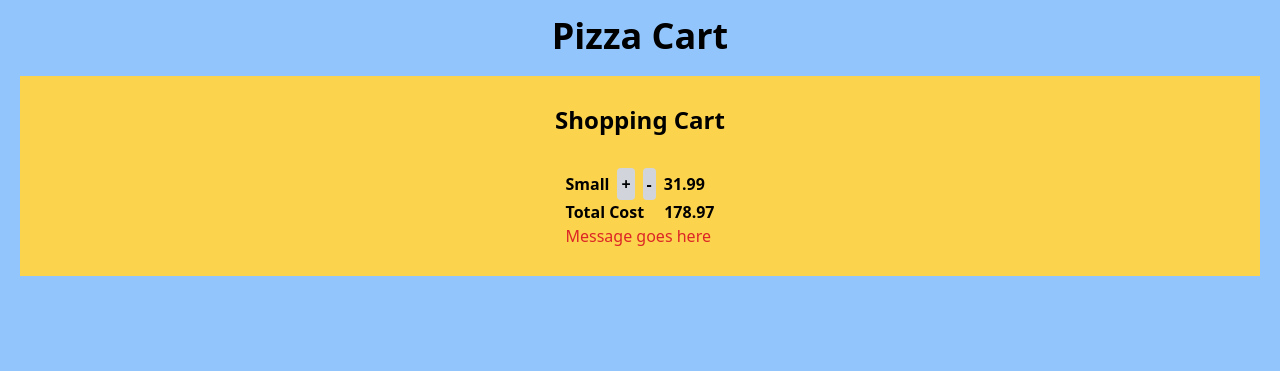
Repository: lasity34/pizza_cart
Page: index.html
The author's editor kept a copy of each file at every save. The page is drawn from the files as they stood at one save, then again after the next save.
The browser window is 1280 px wide. The pictures show the whole page.
Some web libraries are served in a nearby version.

Above is the page before, as saved 2023-07-11 08:45:19.

### index.html
<!DOCTYPE html>
<html lang="en">
  <head>
    <meta charset="UTF-8" />
    <meta name="viewport" content="width=device-width, initial-scale=1.0" />
    <title>Pizza Cart</title>
    <script src="//unpkg.com/alpinejs" defer></script>
    <link
      href="https://cdn.jsdelivr.net/npm/tailwindcss@2.1.2/dist/tailwind.min.css"
      rel="stylesheet"
    />
  </head>
  <body class="bg-blue-300">
    <section class="flex justify-center items-center">
      <h1 class="text-4xl pt-4 font-bold">Pizza Cart</h1>
    </section>
    <section
      class="bg-yellow-300 m-5 p-7 flex justify-center items-center flex-col"
    >
      <h2 class="text-2xl mb-2 font-bold">Shopping Cart</h2>
      <div class="mt-6">
        <div class="flex items-center">
          <p class="font-bold mr-2">Small</p>
          <button
            class="bg-gray-300 hover:bg-gray-400 rounded p-1 mr-2 font-bold"
          >
            +
          </button>
          <button class="bg-gray-300 hover:bg-gray-400 rounded p-1 font-bold">
            -
          </button>
          <p class="font-bold ml-2">31.99</p>
        </div>
        <div class="flex">
          <p class="font-bold">Total Cost</p>
          <p class="ml-5 font-bold">178.97</p>
        </div>
        <p class="text-red-600">Message goes here</p>
      </div>
    </section>
  </body>
</html>

After the next save:
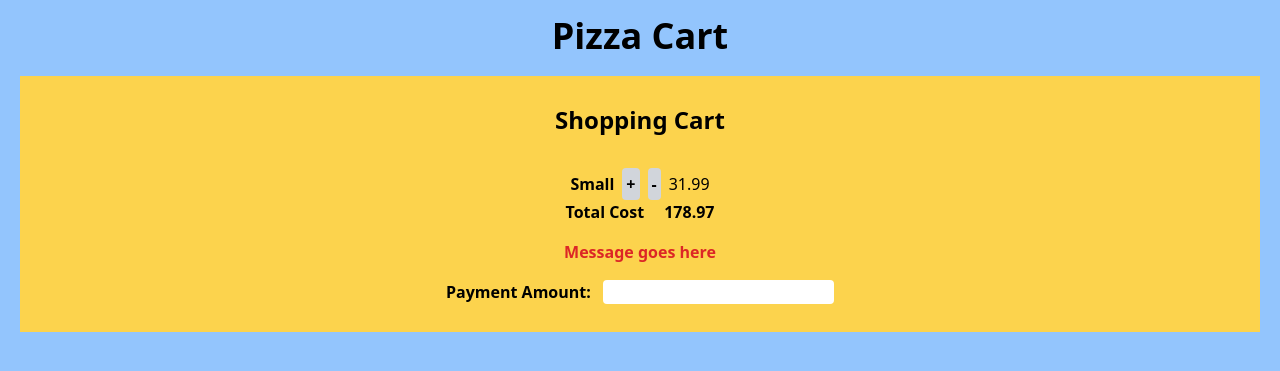
Saved 3 min 49 s later.
--- a/index.html
+++ b/index.html
@@ -18,7 +18,7 @@
       class="bg-yellow-300 m-5 p-7 flex justify-center items-center flex-col"
     >
       <h2 class="text-2xl mb-2 font-bold">Shopping Cart</h2>
-      <div class="mt-6">
+      <div class="mt-6 flex flex-col items-center">
         <div class="flex items-center">
           <p class="font-bold mr-2">Small</p>
           <button
@@ -29,13 +29,19 @@
           <button class="bg-gray-300 hover:bg-gray-400 rounded p-1 font-bold">
             -
           </button>
-          <p class="font-bold ml-2">31.99</p>
+          <p class=" ml-2">31.99</p>
         </div>
         <div class="flex">
           <p class="font-bold">Total Cost</p>
           <p class="ml-5 font-bold">178.97</p>
         </div>
-        <p class="text-red-600">Message goes here</p>
+        <div class="mt-4">
+          <p class="text-red-600 font-bold">Message goes here</p>
+        </div>
+        <div class="mt-4">
+            <label class="font-bold">Payment Amount:</label>
+            <input type="text" class="rounded ml-2" />
+        </div>
       </div>
     </section>
   </body>
